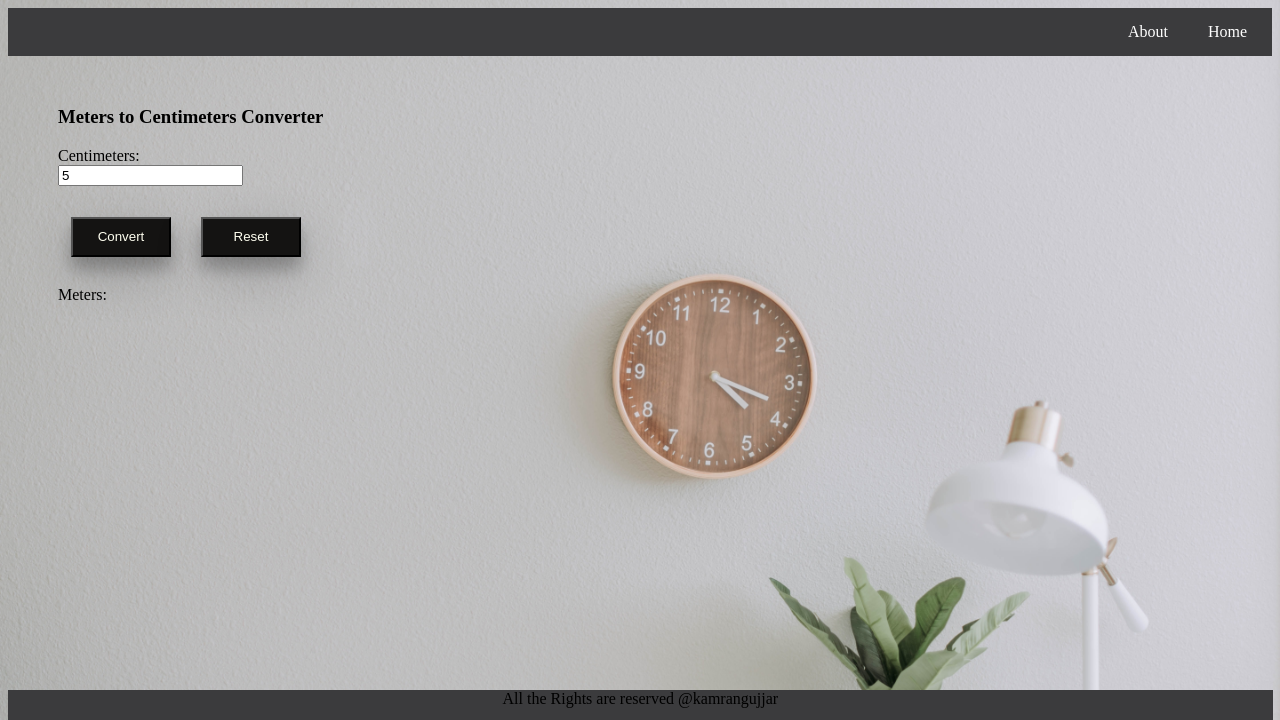
Repository: Kamrangujjar85112/Length-Converter
Page: html/m_cm.html
The author's editor kept a copy of each file at every save. The page is drawn from the files as they stood at one save, then again after the next save.
The browser window is 1280 px wide. The pictures show the whole page.
Empty fields were first filled with sample values (such as "Sample", 5 or name@example.com).
After loading, the first visible `#convert` was clicked once.

Above is the page before, as saved 2022-01-21 09:49:56.
Console error: TypeError: Cannot read properties of null (reading 'value')

After the next save:
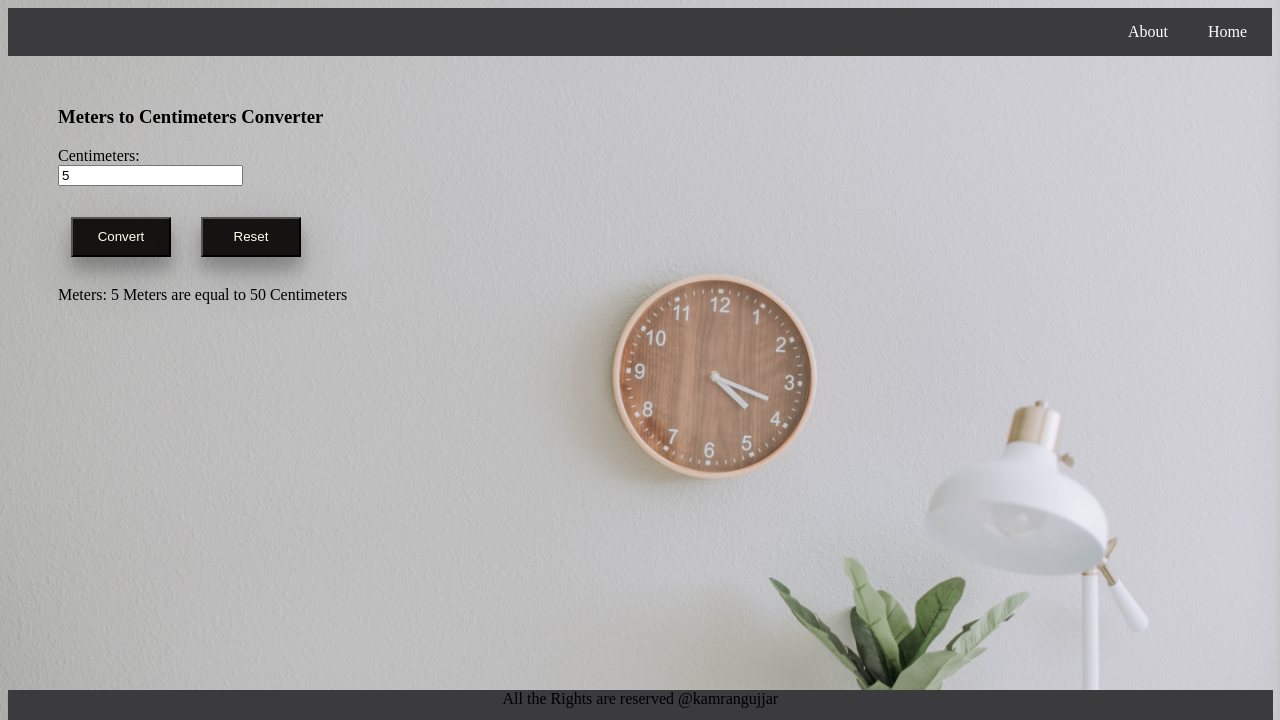
Saved 2 min 58 s later.
--- a/js/converter.js
+++ b/js/converter.js
@@ -8,34 +8,38 @@ const inputValue = document.getElementById('percentage');
 const convert = document.getElementById('convert');
 const reset = document.getElementById('reset');
 
-
+// centimeters To Milimeters
 convert.addEventListener('click', function converter(){
-    // centimeters To Milimeters
-
     const Mm = inputCmToMm.value * 10;
     document.getElementById('cmToMm').innerHTML = inputCmToMm.value +' Centimeters are equal to ' +Mm + ' Milimeters';
-
-    // Miles to kilometers
+});
+// Miles to kilometers
+convert.addEventListener('click', function converter(){
     const Km1 = inputMiToKm.value * 10;
     document.getElementById('miToKm').innerHTML = inputMiToKm.value +' Miles are equal to ' +Km1 + ' Kilometers';
-
-    // Meters to Centimeters
+});
+// Meters to Centimeters
+convert.addEventListener('click', function converter(){
     const Cm1 = inputMToCm.value * 10;
     document.getElementById('mToCm').innerHTML = inputMToCm.value +' Meters are equal to ' +Cm1 + ' Centimeters';
-
-    // centimeters To kilometers
+});
+// centimeters To kilometers
+convert.addEventListener('click', function converter(){
     const Km2 = inputCmToKm.value * 10;
     document.getElementById('cmToKm').innerHTML = inputCmToKm.value +' Centimeters are equal to ' +Km2 + ' Kilometers';
-
-    // kilometers To meters
+});
+// kilometers To meters
+convert.addEventListener('click', function converter(){
     const M1 = inputKmToM.value * 10;
     document.getElementById('kmToM').innerHTML = inputKmToM.value +' Kilometers are equal to ' +M1 + ' Meters';
-
-    // Miles To meters
+});
+// Miles To meters
+convert.addEventListener('click', function converter(){
     const M2 = inputMiToM.value * 10;
     document.getElementById('miToM').innerHTML = inputMiToM.value +' Miles are equal to ' +M2 + ' Meters';
-
-    // percentage
+});
+// percentage
+convert.addEventListener('click', function converter(){
     const p = inputValue.value * 10;
     document.getElementById('percent').innerHTML = inputValue.value +' has the percentage ' +p ;
 
@@ -43,16 +47,28 @@ convert.addEventListener('click', function converter(){
 reset.addEventListener('click', function reset(){
     document.getElementById('centimetersToMilimeters')= "";
     document.getElementById('cmToMm').innerHTML = "";
+});
+reset.addEventListener('click', function reset(){
     document.getElementById('milesToKilometers').value = "";
     document.getElementById('miToKm').innerHTML = "";
+});
+reset.addEventListener('click', function reset(){
     document.getElementById('metersToCentimeters').value = "";
     document.getElementById('mToCm').innerHTML = "";
+});
+reset.addEventListener('click', function reset(){
     document.getElementById('centimetersToKm').value = "";
     document.getElementById('cmToKm').innerHTML = "";
+});
+reset.addEventListener('click', function reset(){
     document.getElementById('kilometersTOMeters').value = "";
     document.getElementById('kmToM').innerHTML = "";
+});
+reset.addEventListener('click', function reset(){
     document.getElementById('MilesToMeters').value = "";
     document.getElementById('miToM').innerHTML = "";
+});
+reset.addEventListener('click', function reset(){
     document.getElementById('percentage').value = "";
     document.getElementById('percent').innerHTML = "";
 });
